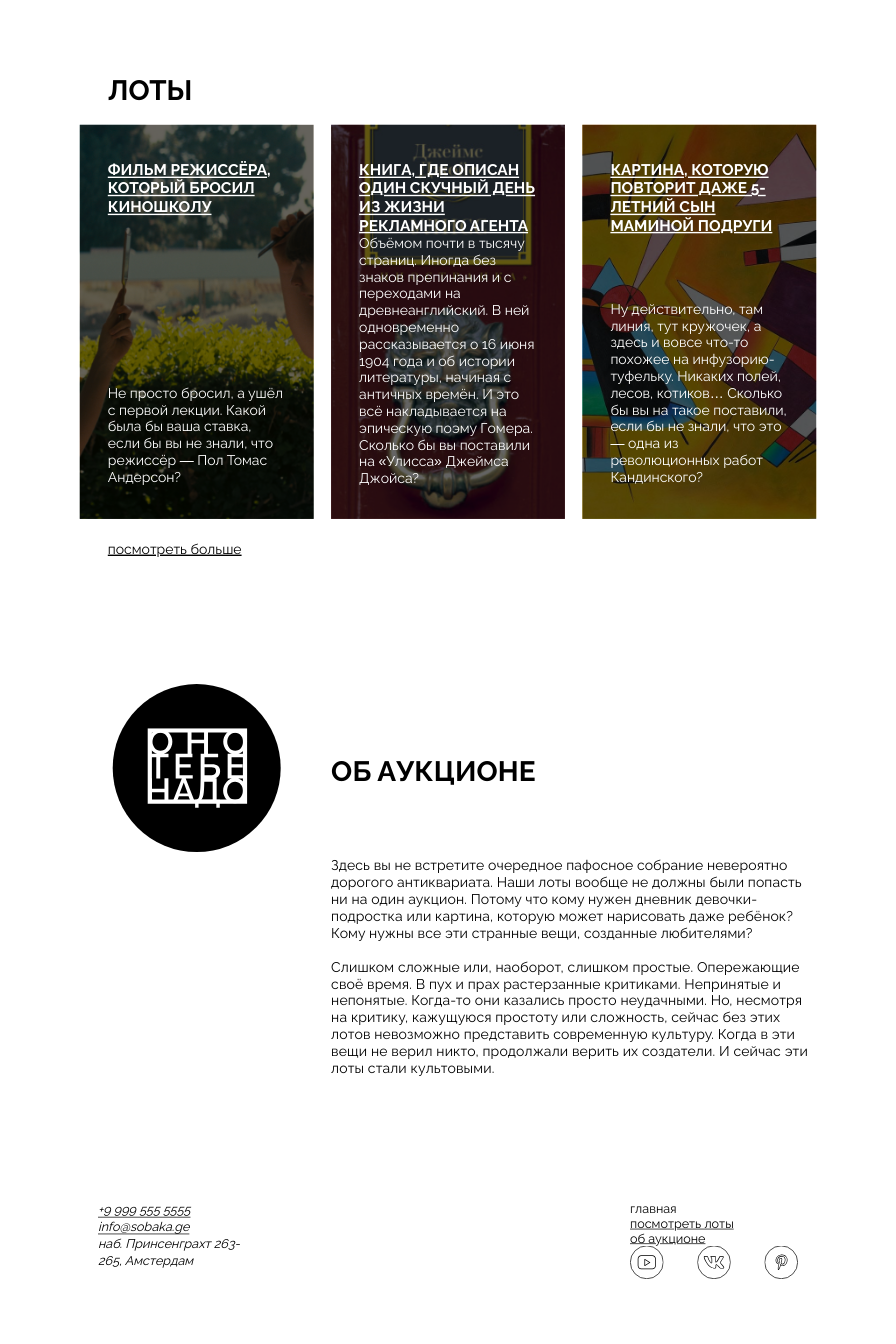
Repository: Smoyki/ono-tebe-nado
Page: index.html
An editor plug-in stored every save of this project. The page is shown before and after the next save, followed by the edit.
The browser window is 1280 px wide. The pictures show the part of the page from y = 1126 to 3046 px (the page is 3046 px tall before and 3027 px after), at 70% of full size.

Above is the page before, as saved 2024-04-18 15:51:40.

### index.html
<!DOCTYPE html>
<html lang="ru">
  <head>
    <meta charset="UTF-8" />
    <meta http-equiv="X-UA-Compatible" content="IE=edge" />
    <meta name="viewport" content="width=device-width, initial-scale=1.0" />
    <title>Оно тебе надо — аукцион вещей, в которые никто не верил!</title>
    <link rel="stylesheet" href="./fonts/fonts.css" />
    <link rel="stylesheet" href="./styles/global.css" />
    <link rel="stylesheet" href="./styles/style.css" />
  </head>
  <body>
    <div class="wrapper">
      <header class="header">
        <nav class="header__menu">
          <ul class="header__links-list">
            <li class="header__links-list-item_no-bullit">
              <a class="header__link header__link_active" href="#">главная</a>
            </li>
            <li class="header__links-list-item">
              <a class="header__link header__link_active" href="#"
                >посмотреть лоты</a
              >
            </li>
            <li class="header__links-list-item">
              <a class="header__link header__link_active" href="#"
                >об аукционе</a
              >
            </li>
          </ul>
        </nav>
        <a class="header__logo"
          ><img
            alt="Логотип"
            class="header__logo-image"
            src="./images/logo-black.svg"
        /></a>
        <address class="address header__address">
          <a class="address__item" href="tel:+99995555555">+9 999 555 5555</a>
          <a class="address__item" href="mailto:info@sobaka.ge"
            >info@sobaka.ge</a
          >
          <p class="address__address-text">
            наб. Принсенграхт 263-<br />265, Амстердам
          </p>
        </address>
      </header>
      <main class="main_sections">
        <section class="cover content-section">
          <div class="overlay"></div>
          <h1 class="cover__title">
            <span class="aligned-text"
              >о<span class="letter-spacing-extended">но</span></span
            >
            <span class="aligned-text aligned-text_center"
              >те<span class="letter-spacing-extended">бе</span></span
            >
            <span class="aligned-text aligned-text_right"
              ><span class="letter-spacing-extended">н</span>ад<span
                class="remove-spacing"
                >о</span
              ></span
            >
          </h1>
          <div class="cover__description">
            <p class="cover__description-text">
              Аукцион вещей, в которые никто не верил
            </p>
            <button class="bet-button">Сделать ставку</button>
          </div>
        </section>
        <section class="lots">
          <h2 class="lots__heading">Лоты</h2>
          <ul class="lots__card-list">
            <li class="lots__card-list-item">
              <a class="card-link" href="#0">
                <article class="card card_type_film">
                  <div class="overlay">
                    <h3 class="card__title">
                      Фильм режиссёра, который бросил киношколу
                    </h3>
                    <p class="card__text">
                      Не просто бросил, а ушёл с первой лекции. Какой была бы
                      ваша ставка, если бы вы не знали, что режиссёр — Пол Томас
                      Андерсон?
                    </p>
                  </div>
                </article>
              </a>
            </li>
            <li class="lots__card-list-item">
              <a class="card-link" href="#0">
                <article class="card card_type_book">
                  <div class="overlay">
                    <h3 class="card__title">
                      Книга, где описан один скучный день из жизни рекламного
                      агента
                    </h3>
                    <p class="card__text">
                      Объёмом почти в тысячу страниц. Иногда без знаков
                      препинания и с переходами на древнеанглийский. В ней
                      одновременно рассказывается о 16 июня 1904 года и об
                      истории литературы, начиная с античных времён. И это всё
                      накладывается на эпическую поэму Гомера. Сколько бы вы
                      поставили на «Улисса» Джеймса Джойса?
                    </p>
                  </div>
                </article>
              </a>
            </li>
            <li class="lots__card-list-item">
              <a class="card-link" href="#0">
                <article class="card card_type_picture">
                  <div class="overlay">
                    <h3 class="card__title">
                      Картина, которую повторит даже 5-летний сын маминой
                      подруги
                    </h3>
                    <p class="card__text">
                      Ну действительно, там линия, тут кружочек, а здесь и вовсе
                      что-то похожее на инфузорию-туфельку. Никаких полей,
                      лесов, котиков… Сколько бы вы на такое поставили, если бы
                      не знали, что это — одна из революционных работ
                      Кандинского?
                    </p>
                  </div>
                </article>
              </a>
            </li>
          </ul>
          <a class="lots__look-more-link text-link" href="#0"
            >посмотреть больше</a
          >
        </section>
        <section class="about content-section">
          <div class="logo__container">
            <div class="about__logo">
              <img
                class="about__logo-image"
                src="./images/logo-white.svg"
                alt="Логотип проекта"
              />
            </div>
          </div>
          <div class="second__column__text">
            <div class="about__column_text">
              <h2 class="about__title">Об аукционе</h2>
              <div class="about__text">
                <p>
                  Здесь вы не встретите очередное пафосное собрание невероятно
                  дорогого антиквариата. Наши лоты вообще не должны были попасть
                  ни на один аукцион. Потому что кому нужен дневник
                  девочки-подростка или картина, которую может нарисовать даже
                  ребёнок? Кому нужны все эти странные вещи, созданные
                  любителями?
                </p>
                <p>
                  Слишком сложные или, наоборот, слишком простые. Опережающие
                  своё время. В пух и прах растерзанные критиками. Непринятые и
                  непонятые. Когда-то они казались просто неудачными. Но,
                  несмотря на критику, кажущуюся простоту или сложность, сейчас
                  без этих лотов невозможно представить современную культуру.
                  Когда в эти вещи не верил никто, продолжали верить их
                  создатели. И сейчас эти лоты стали культовыми.
                </p>
              </div>
            </div>
          </div>
        </section>
      </main>
      <footer class="footer">
        <address class="address_footer">
          <a class="address__item" href="tel:+99995555555">+9 999 555 5555</a>
          <a class="address__item" href="mailto:info@sobaka.ge"
            >info@sobaka.ge</a
          >
          <p class="foother_address__address-text">
            наб. Принсенграхт 263-<br />265, Амстердам
          </p>
        </address>
        <nav class="footer__menu"
        <ul class="footer__menu-list">
          <li class="footer__menu-list-item">
            <a class="footer__menu-link active" href="#">главная</a>
          </li>
          <li class="footer__menu-list-item">
            <a class="footer__menu-link" href="#">посмотреть лоты</a>
          </li>
          <li class="footer__menu-list-item">
            <a class="footer__menu-link" href="#">об аукционе</a>
          </li>
        </ul>
        <ul class="footer__social-list">
          <li class="footer__social-list-item">
            <a class="footer__social-link" href="#"
              ><img
                class="footer__social-icon"
                src="./images/yt.svg"
                alt="Иконка"
            /></a>
          </li>
          <li class="footer__social-list-item">
            <a class="footer__social-link" href="#"
              ><img
                class="footer__social-icon"
                src="./images/vk.svg"
                alt="Иконка"
            /></a>
          </li>
          <li class="footer__social-list-item">
            <a class="footer__social-link" href="#"
              ><img
                class="footer__social-icon"
                src="./images/pinterest.svg"
                alt="Иконка"
            /></a>
          </li>
        </ul>
      </footer>
    </div>
  </body>
</html>

### styles/style.css
.main_sections {
  flex-direction: column;
  display: flex;
}

.content-section {
  margin: auto 0;
  width: 100%;
}

.header {
  max-width: 1052px;
  margin: auto;
  padding: 92px 24px 92px 19px;
  display: grid;
  grid-template-columns: 2fr 1fr 2fr;
  justify-content: space-around;
  justify-items: center;
  align-items: center;
}

.header__links-list {
  display: flex;
  flex-direction: row;
  gap: 34px;
  list-style: none;
  font-size: 18px;
  line-height: 21px;
}

.header__menu {
  max-width: 392px;
}

.header__links-list-item {
  list-style: circle;
  text-decoration: underline;
}

.header__links-list-item_no-bullit {
  list-style: none;
}

.header__link {
  font-size: 18px;
  text-decoration:underline;
}

.header__link_active {
  text-decoration:none;
}

.header__logo {
  display:block;
  justify-self: center;
  align-self: center;
  width: fit-content;
  height: fit-content;
}

.header__logo-image {
  width: 148px;
  height: 105px;
  margin: auto;
}

.address {
  max-width: 241px;
  display: flex;
  flex-direction: column;
  font-size: 18px;
  font-style: normal;
  justify-self: end;
  line-height: 135%;
  padding: 0px 38px 0px 0px;
}


.header__address {
  display: flex;
  justify-self: end;
}

.address__item {
  display: flex;
  text-underline-position: under;
}

.cover {
  position: relative;
  padding: 0px 0px 0px 0px;
  background-image: url(../images/cover.jpg);
  background-position:center;
  background-repeat: no-repeat;
  max-width:1100px;
  background-size: cover;
  height: 100%;
  padding: 165px 50px 51px 50px;
}

.overlay {
  position: absolute;
  top: 0;
  left: 0;
  z-index: 1;
  width: 100%;
  height: 100%;
  background: rgba(0, 0, 0, 0.6);
}

.cover__title {
  position: relative;
  z-index: 1;
  line-height: 1.15;
  letter-spacing: 30px;
  text-transform: uppercase;
  display: flex;
  flex-direction: column;
  gap: 20px;
  color: #FFF;
  font-weight: bold;
  font-size: 100px;

}

.aligned-text {
  display: block;
}

.aligned-text_center {
  line-height: 1;
  text-align: center;
}

.aligned-text_right {
  line-height: 1;
  text-align: right;
}

.letter-spacing-extended {
  letter-spacing: 60px;
}

.remove-spacing {
  letter-spacing: normal;
}

.cover__description {
  position: relative;
  z-index: 1;
  display: flex;
  justify-content: flex-end;
  align-items: center;
  gap: 79px;
  padding: 135px 0px 0px 0px;
}

.cover__description-text {
  color: #FFF;
  font-size: 22px;
  line-height: 1.27;
  text-transform: uppercase;
  word-spacing: 18px;
}

.bet-button {
  border: 1px #FFF solid;
  padding: 12px 32px;
  color: #FFF;
  font-family: 'Raleway', sans-serif;
  font-weight: normal;
  font-size: 22px;
  line-height: 26px;
  text-transform: uppercase;
  background-color: transparent;
  cursor: pointer;
}

.bet-button:hover {
  color: #000000;
  background-color: #FFF;
}


.lots {
  padding:179px 24px 146px 24px;
 }

 .lots__heading {
  text-transform: uppercase;
  font-size: 40px;
  padding: 0px 891px 27px 40px;
  line-height: 47px;
  font-weight: 700;
  max-width: 563px;
}

.lots__card-list {
  display: flex;
  gap: 25px;
  list-style: none;
  flex-wrap: wrap;
}

.lots__card-list-item {
  flex-grow:1;
  width: max-content;
}

.card_link {
  display: block;
  height: 100%;
  text-decoration: none;
}

.card {
  display: block;
  position: relative;
  max-width:334px;
  min-height:563px;
  background-repeat: no-repeat;
  background-size: cover;
  background-position: center;
}

.card__title {
  font-size: 22px;
  line-height: 120%;
  text-decoration-line: underline;
  text-transform: uppercase;
  font-family: "Raleway", sans-serif;
  font-style: normal;
  font-weight: 700;
  color: #FFFFFF;
  z-index: 1;
}

.card__text {
  font-family: "Raleway", sans-serif;
  font-style: normal;
  font-weight: 400;
  font-size: 20px;
  line-height: 120%;
  color: #FFFFFF;
  z-index: 1;
}

.card_type_film {
  background-image: url(../images/card-lot-01.jpg);
}

.card_type_book {
  background-image: url(../images/card-lot-02.jpg);

}

.card_type_picture {
  background-image: url(../images/card-lot-03.jpg);
}

.lots .overlay {
  display: flex;
  position: absolute;
  top: 0;
  left: 0;
  z-index: 0;
  width: 100%;
  height: 100%;
  background: rgba(0, 0, 0, 0.6);
  padding: 51px 40px 48px 40px;
  flex-direction: column;
  justify-content: space-between;
  text-align: left;
}

.lots__look-more-link {
  display: block;
  padding: 32px 820px 0px 40px;
  font-style: normal;
  font-weight: 400;
  font-size: 20px;
  line-height: 23px;
  color: rgba(0, 0, 0);
}


/* Тут начало секции about */
.about {
  display:  grid;
  grid-template-columns: 287px auto;
  padding:0px 0px 0px 24px;
  min-height: 595px;
  max-width: 1052px;
  column-gap:72px;
}

.about__column_text {
  padding-top:135px;
  display: flex;
  height: fit-content;
  font-family: "Raleway", sans-serif;
  font-style: normal;
  font-weight: 400;
  font-size: 20px;
  line-height: 24px;
  letter-spacing: 0.01em;
  flex-direction: column;
  gap:100px;
  min-width: 693px;
}

.about__logo {
  display: flex;
  justify-content: center;
  align-items: center;
  border-radius: 50%;
  background-color: #000000;
  width: 240px;
  height: 240px;
}

.logo__container {
  display: block;
  position: relative;
  padding:35px 0px 0px 47px;
  width:fit-content;
  height:fit-content;
}

.about__logo-image {
  width: 148px;
  height: 114px;
}

.about__title {
  /* padding: 3px 0px 100px 0px; */
  font-weight: bold;
  font-size: 40px;
  line-height: 47px;
  text-transform: uppercase;
}

.about__text {
  display: flex;
  flex-direction:column;
  gap: 25px;
}

.about__text p:nth-child(1) {
 letter-spacing: 0.01rem;
}


.footer {
  display: flex;
  justify-content: space-between;
  padding: 179px 50px 88px 50px;
  gap:25px;
}

.footer__social-icon {
  width: 48px;
  height: 48px;
}

.address_footer {
  display: flex;
  flex-direction:column;
  width: 240px;

}

.footer__menu-list {
  display: flex;
  flex-direction: column;
  align-items: center;
  font-size: 18px;
  line-height: 24.3px;
  width: 150px;
  height: fit-content;
}

.foother__links-list {
  display:flex;
  flex-direction:column;
}

.footer__social-list-item {
  list-style: none;
  font-family: "Raleway", sans-serif;
  line-height: 21.13px;
}

.footer__menu-list-item {
  list-style: none;
  font-family: "Raleway", sans-serif;
}

.footer__menu-link.active {
  text-decoration:none;

}

.footer__menu-link {
  font-size: 18px;
  line-height: 21.1px;
  font-family: "Raleway", sans-serif;
}

.footer__social-list {
  display:flex;
  gap: 48px;
  list-style: none;
}

.footer .address__item {
  font-size: 18px;
  line-height: 24.3px;
  font-family: "Raleway", sans-serif;
}

.foother_address__address-text {
  font-size: 18px;
  line-height: 24.3px;
  font-family: "Raleway", sans-serif;
}

Loaded but not shown: fonts/fonts.css (common file); styles/global.css (common file)

After the next save:
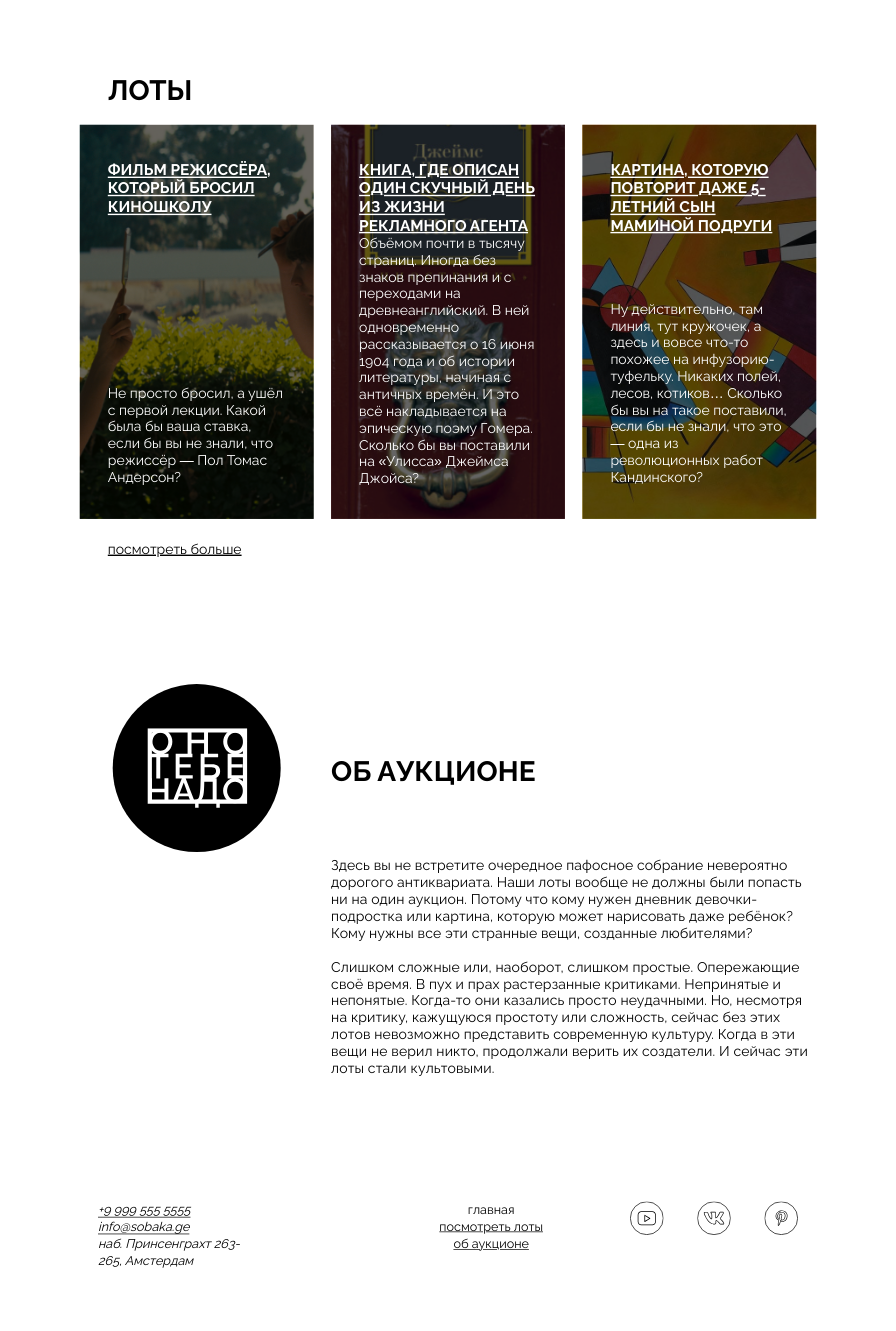
Saved 4 s later.
--- a/index.html
+++ b/index.html
@@ -178,7 +178,7 @@
             наб. Принсенграхт 263-<br />265, Амстердам
           </p>
         </address>
-        <nav class="footer__menu"
+        <nav class="footer__menu"></nav>
         <ul class="footer__menu-list">
           <li class="footer__menu-list-item">
             <a class="footer__menu-link active" href="#">главная</a>
